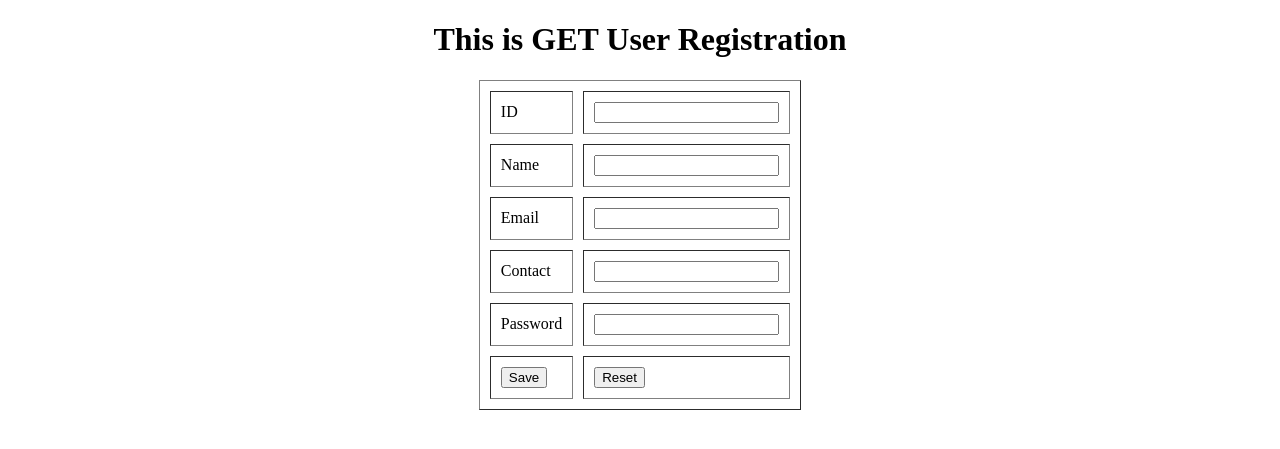
Repository: Pradeep4802/utopiatech
Page: eclipse-workspace/DevelearnUSerManagement/src/main/webapp/Registration.html
An editor plug-in stored every save of this project. The page is shown before and after the next save, followed by the edit.
The browser window is 1280 px wide. The pictures show the whole page.

Above is the page before, as saved 2023-10-11 07:56:20.

After the next save:
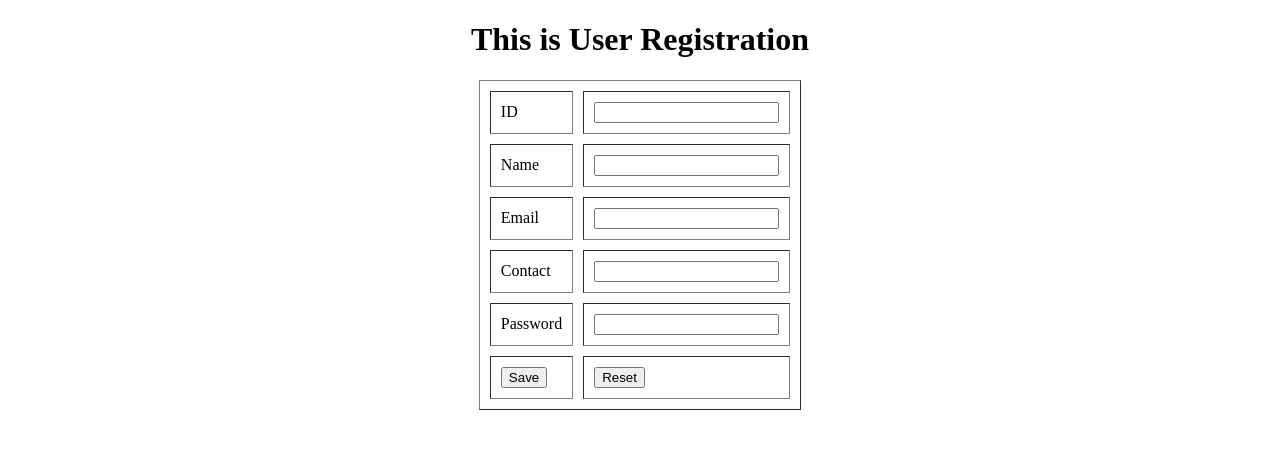
Saved 13 s later.
--- a/eclipse-workspace/DevelearnUSerManagement/src/main/webapp/Registration.html
+++ b/eclipse-workspace/DevelearnUSerManagement/src/main/webapp/Registration.html
@@ -6,7 +6,7 @@
 </head>
 <body>
 	<div align="center">
-		<h1>This is GET User Registration</h1>
+		<h1>This is User Registration</h1>
 
 		<form action="UserServlet" method="get">
 			<table border="1" cellspacing="10" cellpadding="10">
